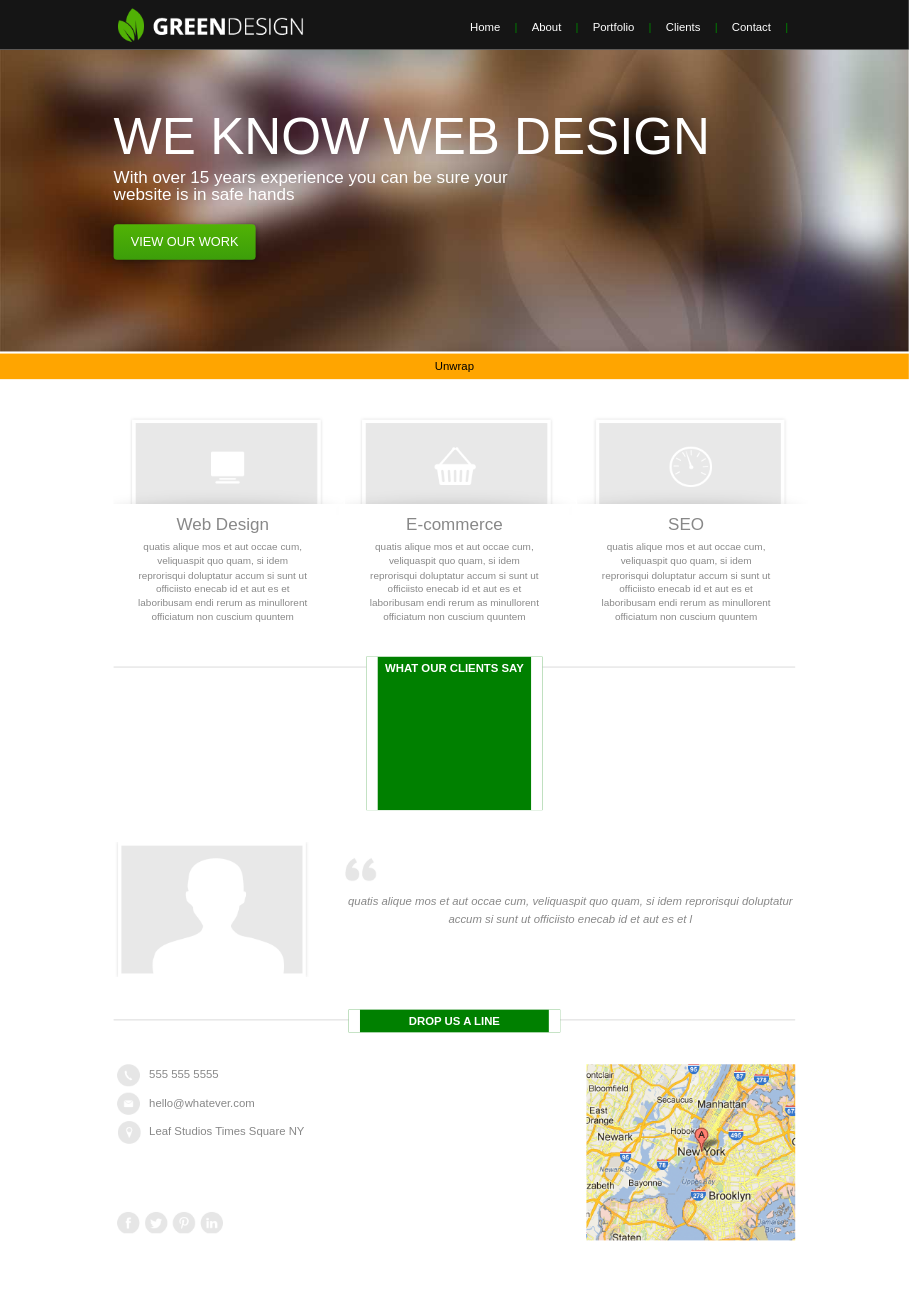
Repository: prathmeshgodbole/Javascript
Page: Basics/Jquery/index.html
An editor plug-in stored every save of this project. The page is shown before and after the next save, followed by the edit.
The browser window is 1280 px wide. The pictures show the whole page, at 71% of full size.
After loading, the first visible `h2` was clicked once.

Above is the page before, as saved 2020-08-09 11:10:23.

After the next save:
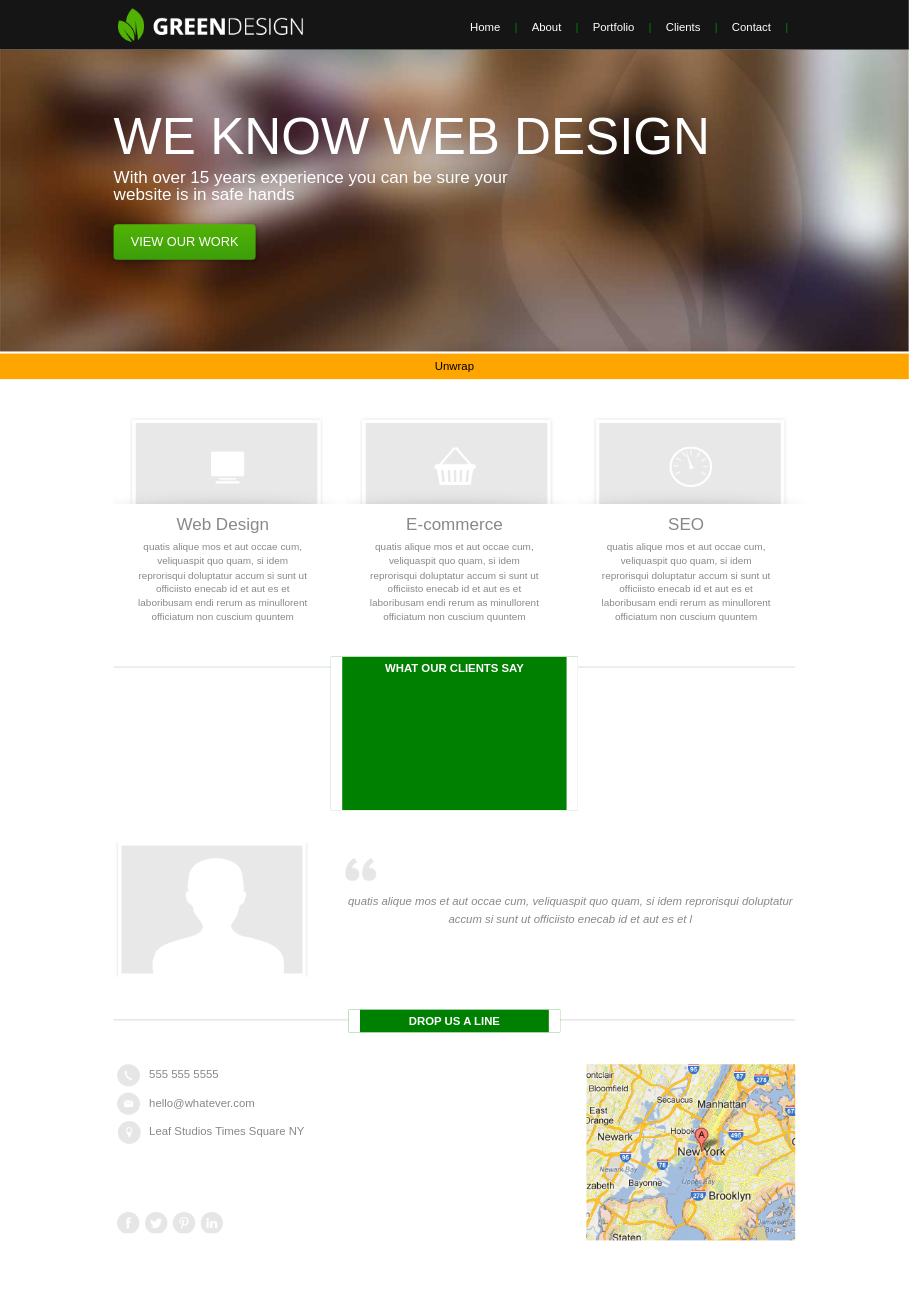
Saved 18 s later.
--- a/Basics/Jquery/scripts/animation.js
+++ b/Basics/Jquery/scripts/animation.js
@@ -3,7 +3,7 @@ $(document).ready(function() {
         alert("Animation Complete");
     }
     $("section > h2").on("click", function() {
-        $(this).animate({ "width": "200px", "height": "200px" }, 1000, "linear", ready);
+        $(this).animate({ "width": "300px", "height": "200px" }, 1000, "linear", ready);
     });
 
 });
